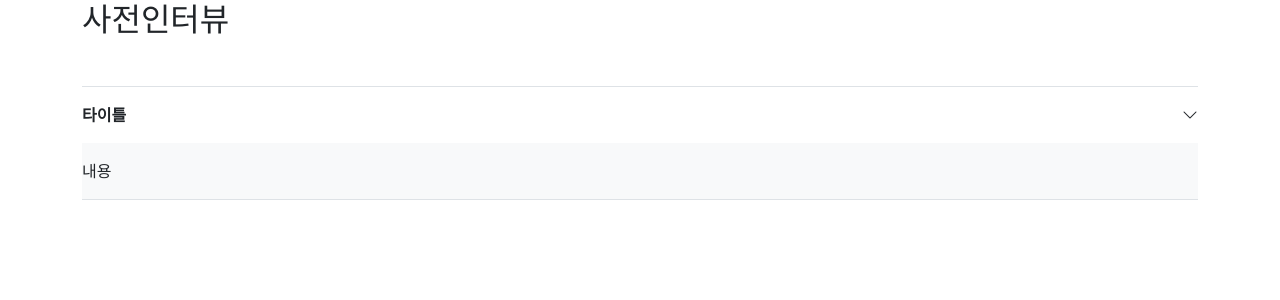
Repository: shin-eekk/js_study
Page: faq.html
The author's editor kept a copy of each file at every save. The page is drawn from the files as they stood at one save, then again after a run of saves.
The browser window is 1280 px wide. The pictures show the whole page.
The style sheet was rebuilt from its Sass, Less or Tailwind sources for each picture, by a compiler version that may differ from the author's.

Above is the page before, as saved 2025-03-12 10:34:59.

### faq.html
<!DOCTYPE html>
<html lang="en">
<head>
    <meta charset="UTF-8">
    <meta name="viewport" content="width=device-width, initial-scale=1.0">
    <title>Document</title>
    <link rel="stylesheet" href="https://cdn.jsdelivr.net/npm/reset-css@5.0.2/reset.min.css">
    <link href="https://cdn.jsdelivr.net/npm/bootstrap@5.3.3/dist/css/bootstrap.min.css" rel="stylesheet" integrity="sha384-QWTKZyjpPEjISv5WaRU9OFeRpok6YctnYmDr5pNlyT2bRjXh0JMhjY6hW+ALEwIH" crossorigin="anonymous">
    <link rel="stylesheet" href="https://cdn.jsdelivr.net/npm/bootstrap-icons@1.11.3/font/bootstrap-icons.min.css">
    <link rel="stylesheet" href="./scss/faq.min.css">
    <script src="./js/faq.js"></script>
</head>
<body>
    <section id="faq" class="section">
        <div class="container d-flex gap-5 flex-column justify-content-center">
            <h2>사전인터뷰</h2>
            <dl>
                <!-- <dt class="border-top py-3 d-flex justify-content-center">
                    <strong>타이틀</strong>
                    <i class="bi bi-chevron-down"></i>
                </dt>
                <dd class="border-bottom py-3 bg-light">내용</dd> -->
            </dl>

        </div>
    </section>
</body>
</html>

### js/faq.js
window.addEventListener("DOMContentLoaded",()=>{
    const faq = [
        {
        dt: "제품이 문제가 있을 때 해결 방법입니다",
        dd: "이렇게 저렇게 요렇게 이렇게 저렇게 | 요렇게이렇게 저렇게 요렇게 |이렇게 저렇게 요렇게하세요"
        },
        {
        dt: "배송에 문제가 생겼어요",
        dd: "이렇게 저렇게 요렇게 이렇게 저렇게 | 요렇게이렇게 저렇게 요렇게 |이렇게 저렇게 요렇게하세요"
        },
        {
        dt: "제품을 교환/환불하고 싶어요",
        dd: "이렇게 저렇게 요렇게 이렇게 저렇게 | 요렇게이렇게 저렇게 요렇게 |이렇게 저렇게 요렇게하세요"
        },
        {
        dt: "제품이 문제가 있을 때 해결 방법입니다",
        dd: "이렇게 저렇게 요렇게 이렇게 저렇게 | 요렇게이렇게 저렇게 요렇게 |이렇게 저렇게 요렇게하세요"
        },
        {
        dt: "제품이 문제가 있을 때 해결 방법입니다",
        dd: "이렇게 저렇게 요렇게 이렇게 저렇게 | 요렇게이렇게 저렇게 요렇게 |이렇게 저렇게 요렇게하세요"
        },
    ]
     let faqtag = `<dt class="border-top py-3 d-flex justify-content-between">
                    <strong>타이틀</strong>
                    <i class="bi bi-chevron-down"></i>
                    </dt>
                    <dd class="border-bottom py-3 bg-light">내용</dd>`;

    const faqdom = document.querySelector("#faq dl");
    faqdom.innerHTML = faqtag;
})

### scss/faq.scss
p, ul, li, dl, dt, dd, h1, h2, h3{
    margin: 0;
    padding: 0;
}

After the next 3 saves:
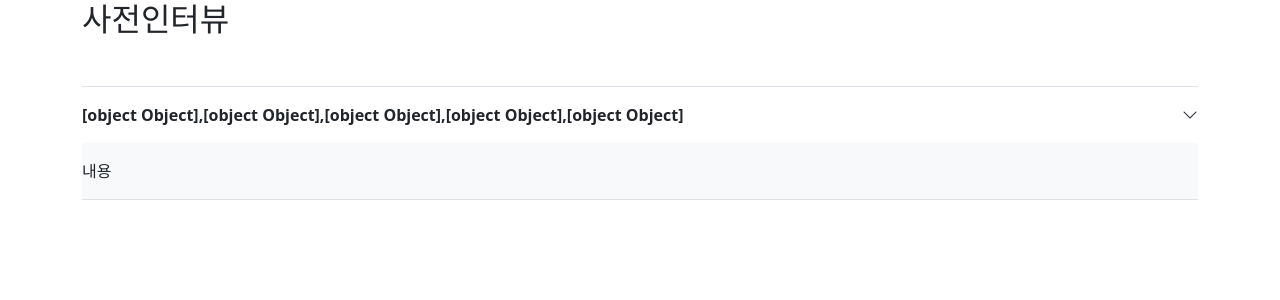
The 3 saves are shown as one change because they came seconds apart.
The last was saved 4 min 56 s later.
--- a/js/faq.js
+++ b/js/faq.js
@@ -22,7 +22,7 @@ window.addEventListener("DOMContentLoaded",()=>{
         },
     ]
      let faqtag = `<dt class="border-top py-3 d-flex justify-content-between">
-                    <strong>타이틀</strong>
+                    <strong>${faq}</strong>
                     <i class="bi bi-chevron-down"></i>
                     </dt>
                     <dd class="border-bottom py-3 bg-light">내용</dd>`;
